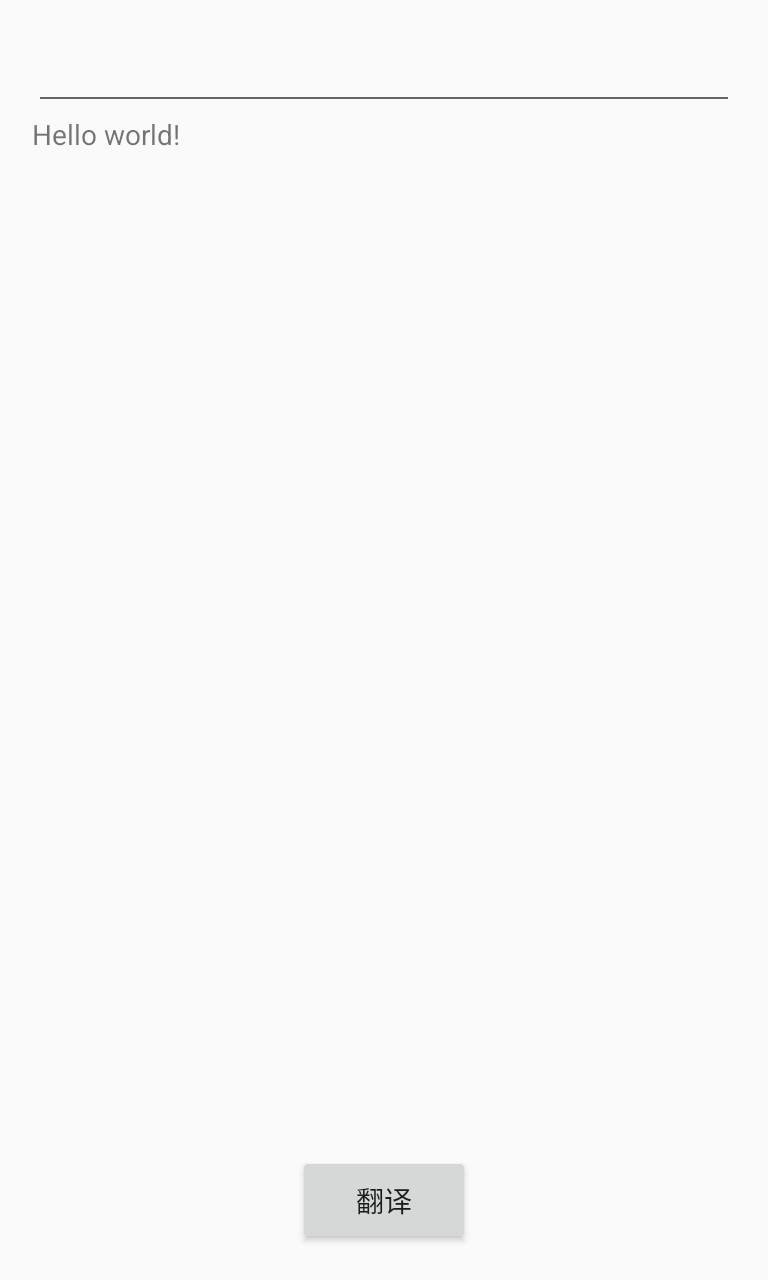
Repository: fewave44/Android_WorkPlace
Layout: onlineTranslation/res/layout/activity_main.xml
These files come from the project's save history. The layout is drawn as it stood at one moment and after the next save; the edit follows.
It is drawn on a 768 x 1280 px phone screen (xhdpi) without system bars, with theme AppTheme; the app's code is not run.

Above is the layout before, as saved 2014-09-18 09:01:53.

After the next save:
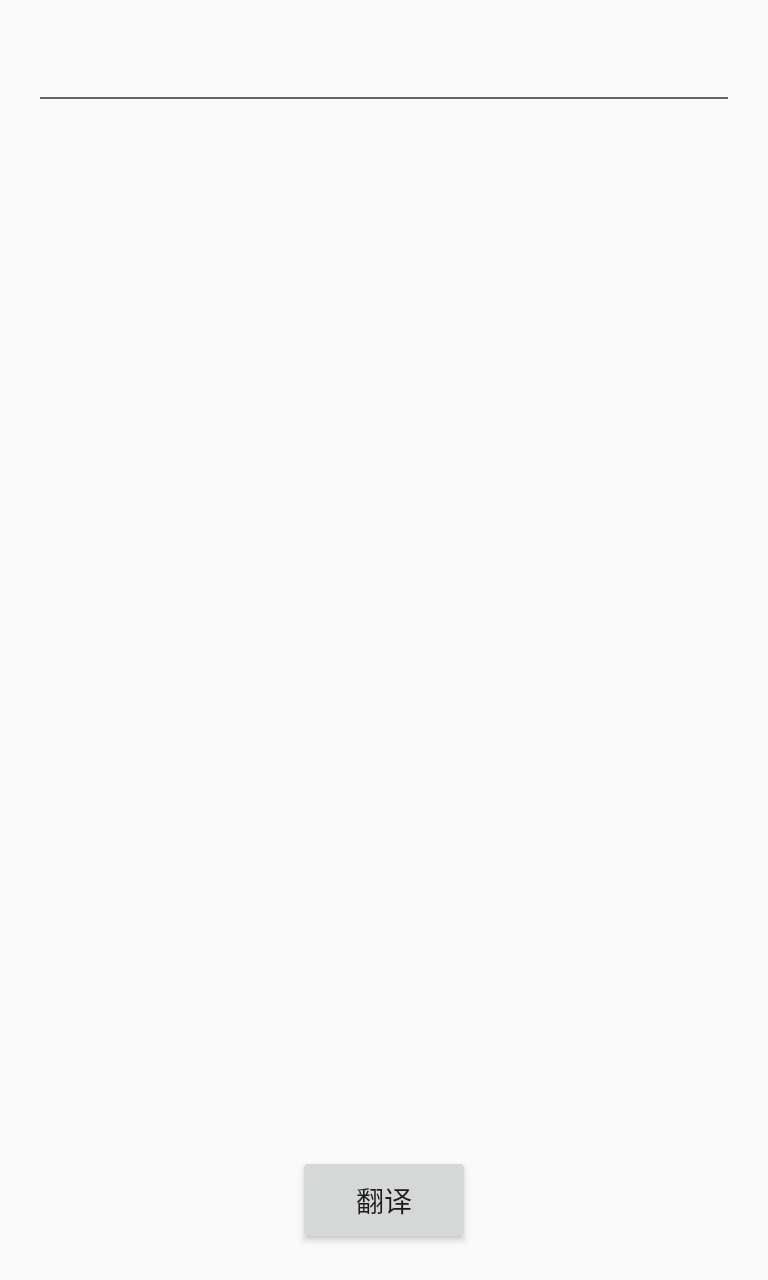
Saved 4 min 0 s later.
--- a/onlineTranslation/res/layout/activity_main.xml
+++ b/onlineTranslation/res/layout/activity_main.xml
@@ -28,7 +28,7 @@
         android:layout_height="match_parent"
         android:layout_below="@+id/input"
         android:layout_above="@+id/btnOK"
-        android:text="@string/hello_world" />
+         />
 
 
 
